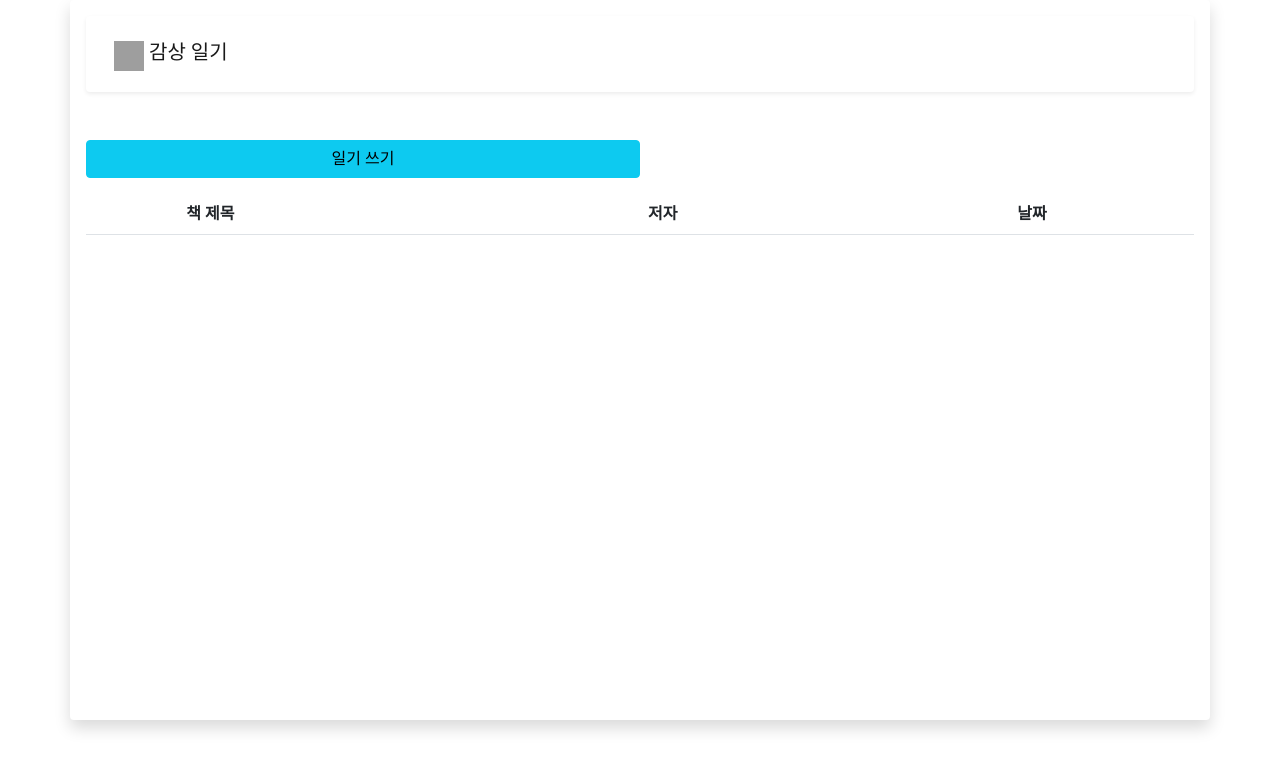
Repository: EunSung98/readMemo
Page: http://localhost/cultureMemoProject/memo/diary.jsp
These files come from the project's save history. The page is drawn as it stood at one moment and after the next save; the edit follows.
The browser window is 1280 px wide. The pictures show the whole page.
Pictures or frames that could not be fetched are drawn as grey boxes. Some web fonts or font styles are not loaded; a fallback is used. The page is served by Tomcat 9. Other server files are loaded and not shown. Queries for data that is not in the repository find no rows.

Above is the page before, as saved 2023-06-07 13:21:17.

### cultureMemoProject/src/main/webapp/memo/diary.jsp
<%@page import="books.bookDo"%>
<%@page import="java.util.ArrayList"%>
<%@ page language="java" contentType="text/html; charset=UTF-8"
    pageEncoding="UTF-8"%>
<!DOCTYPE html>
<html>
<head>
<meta charset="UTF-8">
<title>감상 일기</title>
</head>
<body>
<div class="container shadow p-3 mb-5 bg-body rounded vh-100">
	<jsp:include page="../header.jsp"/>
	<div class="d-grid mt-5 w-50">
	  <button class="btn btn-info pull-right" type="button" onclick="location.href='upload.jsp'">일기 쓰기</button>
	</div>

	<table class="table table-striped mt-3">
	  <thead>
	    <tr>
	      <th class="col-1" scope="col"></th>
	      <th class="col-5"  scope="col">책 제목</th>
	      <th class="col-4" scope="col">저자</th>
	      <th class="col-3"  scope="col">날짜</th>
	    </tr>
	  </thead>
	    <tbody>

	   <jsp:useBean id="bdao" class="books.bookDao" scope="application" />

	<%
		String id = (String) session.getAttribute("id");

		ArrayList<bookDo> b = bdao.getAll(id);

		for(int i=0; i<b.size(); i++){
			bookDo bdo = b.get(i);
	%>
		<tr style="cursor: pointer" onclick="location.href='page.jsp?book=<%= bdo.getBookName()%>'">
	      <th scope="row"><%= i+1 %></th>
	      <td><%= bdo.getBookName() %></td>
	      <td><%= bdo.getWriter() %></td>
	      <td><%= bdo.getDate() %></td>
	    </tr>
	<%
		}
	%>
	  </tbody>
	</table>
</div>
</body>
</html>

### cultureMemoProject/src/main/webapp/header.jsp
<%@ page language="java" contentType="text/html; charset=UTF-8"
    pageEncoding="UTF-8"%>
<!DOCTYPE html>
<html>
<head>
<meta charset="UTF-8">
<link href="https://cdn.jsdelivr.net/npm/bootstrap@5.1.3/dist/css/bootstrap.min.css" rel="stylesheet" integrity="sha384-1BmE4kWBq78iYhFldvKuhfTAU6auU8tT94WrHftjDbrCEXSU1oBoqyl2QvZ6jIW3" crossorigin="anonymous">
<script src="https://cdn.jsdelivr.net/npm/bootstrap@5.1.3/dist/js/bootstrap.bundle.min.js" integrity="sha384-ka7Sk0Gln4gmtz2MlQnikT1wXgYsOg+OMhuP+IlRH9sENBO0LRn5q+8nbTov4+1p" crossorigin="anonymous"></script>
<link rel="preconnect" href="https://fonts.googleapis.com">
<link rel="preconnect" href="https://fonts.gstatic.com" crossorigin>
<link href="https://fonts.googleapis.com/css2?family=Nanum+Myeongjo:wght@700&family=Poor+Story&family=Song+Myung&display=swap" rel="stylesheet"><style>
*{
	font-family: 'Nanum Myeongjo', serif;
	font-family: 'Poor Story', cursive;
	font-family: 'Song Myung', serif;
}
</style>
<title>감상 일기</title>
</head>
<body>
<nav class="bg-light navbar navbar-light shadow-sm p-3 mb-5 bg-body rounded w-100">
  <div class="container-fluid">
    <a class="navbar-brand align-middle" href="#">
      <img src="https://cdn-icons-png.flaticon.com/512/3238/3238016.png" alt="" width="30" height="30" class="d-inline-block align-text-top">
      감상 일기
    </a>
    <%
    	String userId =  (String) session.getAttribute("id");
    	if(userId != null){
    %>
    <form action="logout.jsp"  class="w-5 h5">
    	<%= userId %>님
    	<button class="btn btn-outline-secondary m-3" type="submit">로그아웃</button>
    </form>
    <%
    	}
    %>
  </div>
</nav>
</body>
</html>

### cultureMemoProject/src/main/java/books/bookDao.java
package books;

import java.sql.Connection;
import java.sql.Date;
import java.sql.DriverManager;
import java.sql.PreparedStatement;
import java.sql.ResultSet;
import java.sql.SQLException;
import java.time.LocalDate;
import java.util.ArrayList;

import javax.naming.Context;
import javax.naming.InitialContext;
import javax.sql.DataSource;

public class bookDao {
	// DB 연동에 필요한 JDBC 클래스 선언
	Connection conn = null;
	PreparedStatement pstmt = null;
	ResultSet rs = null;

	public void uploadBook(bookDo bdo,String userId) {
		System.out.println("uploadBook() 처리 시작");

		//DB 연결
		connect_cp();

		//SQL 처리 루틴
		String sql = "insert into books(bookName,writer,date,content,memberId)"
		+" values(?,?,?,?,?)";

		LocalDate nowTime = LocalDate.now();

		try {
			pstmt = conn.prepareStatement(sql);
			pstmt.setString(1,bdo.getBookName());
			pstmt.setString(2,bdo.getWriter());
			pstmt.setDate(3,Date.valueOf(nowTime));
			pstmt.setString(4,bdo.getContent());
			pstmt.setString(5,userId);

			//sql문 실행 : 테이블에 변화 있으면  update..
			pstmt.executeUpdate();

			System.out.println("uploadBook() 처리 완료");
		} catch (SQLException e) {
			e.printStackTrace();
		}

		//디비 연결 종료
		disConnect();
	}

	public bookDo goPage(String book,String userId) {
		System.out.println("goPage() 처리 시작");
		connect_cp();

		bookDo bdo = new bookDo();

		String sql = "select * from books where bookName=? and memberId=?";
		try {
			pstmt = conn.prepareStatement(sql);
			pstmt.setString(1, book);
			pstmt.setString(2, userId);
			rs = pstmt.executeQuery();
			while(rs.next()) {
				bdo.setBookName(rs.getString(1));
				bdo.setWriter(rs.getString(2));
				bdo.setDate(rs.getTimestamp(3));
				bdo.setContent(rs.getString(4));
				bdo.setMemberId(rs.getString(5));
				System.out.println("goPage() 처리 완료");
			}
		} catch (SQLException e) {
			// TODO Auto-generated catch block
			e.printStackTrace();
		}
		disConnect();

		return bdo;
	}

	public void modifyBook(bookDo bdo,String book,String userId) {
		System.out.println("modifyBook() 처리 시작");

		//DB 연결
		connect_cp();

		//SQL 처리 루틴
		String sql = "update books set bookName=?,writer=?,date=?,content=? "
				+ "where bookName=? and memberId=?";

		try {
			pstmt = conn.prepareStatement(sql);
			pstmt.setString(1,bdo.getBookName());
			pstmt.setString(2,bdo.getWriter());
			pstmt.setDate(3,Date.valueOf(java.time.LocalDate.now()));
			pstmt.setString(4,bdo.getContent());
			pstmt.setString(5, book);
			pstmt.setString(6, userId);

			pstmt.executeUpdate();

			System.out.println("modifyBook() 처리 완료");
		} catch (SQLException e) {
			e.printStackTrace();
		}

		disConnect();
	}

	public void deleteBook(String book,String userId) {
		System.out.println("deleteBook() 처리 시작");
		connect_cp();

		String sql = "delete from books where bookName=? and memberId=?";
		try {
			pstmt = conn.prepareStatement(sql);
			pstmt.setString(1,book);
			pstmt.setString(2, userId);
			pstmt.executeUpdate();
			System.out.println("deleteBook() 처리 완료");
		} catch (SQLException e) {
			e.printStackTrace();
		}

		disConnect();
	}

	public ArrayList<bookDo> getAll(String userId) {
		System.out.println(" getAll() 처리 시작");

		//DB 연결
		connect_cp();
		ArrayList<bookDo> bList = new ArrayList<bookDo>();

		//SQL 처리 루틴
		String sql = "select * from books where memberId=?";

		try {
			pstmt = conn.prepareStatement(sql);
			pstmt.setString(1, userId);
			rs = pstmt.executeQuery();

			while(rs.next()) {
				bookDo bdo = new bookDo();
				bdo.setBookName(rs.getString(1));
				bdo.setWriter(rs.getString(2));
				bdo.setDate(rs.getTimestamp(3));
				bdo.setContent(rs.getString(4));
				bdo.setMemberId(rs.getString(5));

				bList.add(bdo);
			}
			System.out.println("getAll() 처리 완료");
		} catch (SQLException e) {
			e.printStackTrace();
		}
		disConnect();

		return bList;
	}

	public void connect_cp() {
		try {
			//context 객체 생성
			Context initctx = new InitialContext();
			//context.xml 접근
			Context envctx = (Context) initctx.lookup("java:/comp/env");

			//'jdbc/pool' 이름의 커넥션 풀에 접근
			DataSource ds = (DataSource) envctx.lookup("jdbc/pool");
			//collection pool로부터 collection 하나 빌려오기
			conn = ds.getConnection();

			System.out.println("collection pool로부터 디비 연결 성공");
		} catch (Exception e) {
			// TODO Auto-generated catch block
			e.printStackTrace();
		}

	}

	public void disConnect() {
		if(conn != null) {
			try {
				conn.close();
			}catch(SQLException e) {
				e.printStackTrace();
			}
		}
		if(pstmt != null) {
			try {
				pstmt.close();
			}catch(SQLException e) {
				e.printStackTrace();
			}
		}
		if(rs != null) {
			try {
				rs.close();
			} catch (SQLException e) {
				e.printStackTrace();
			}
		}
	}
}

After the next save:
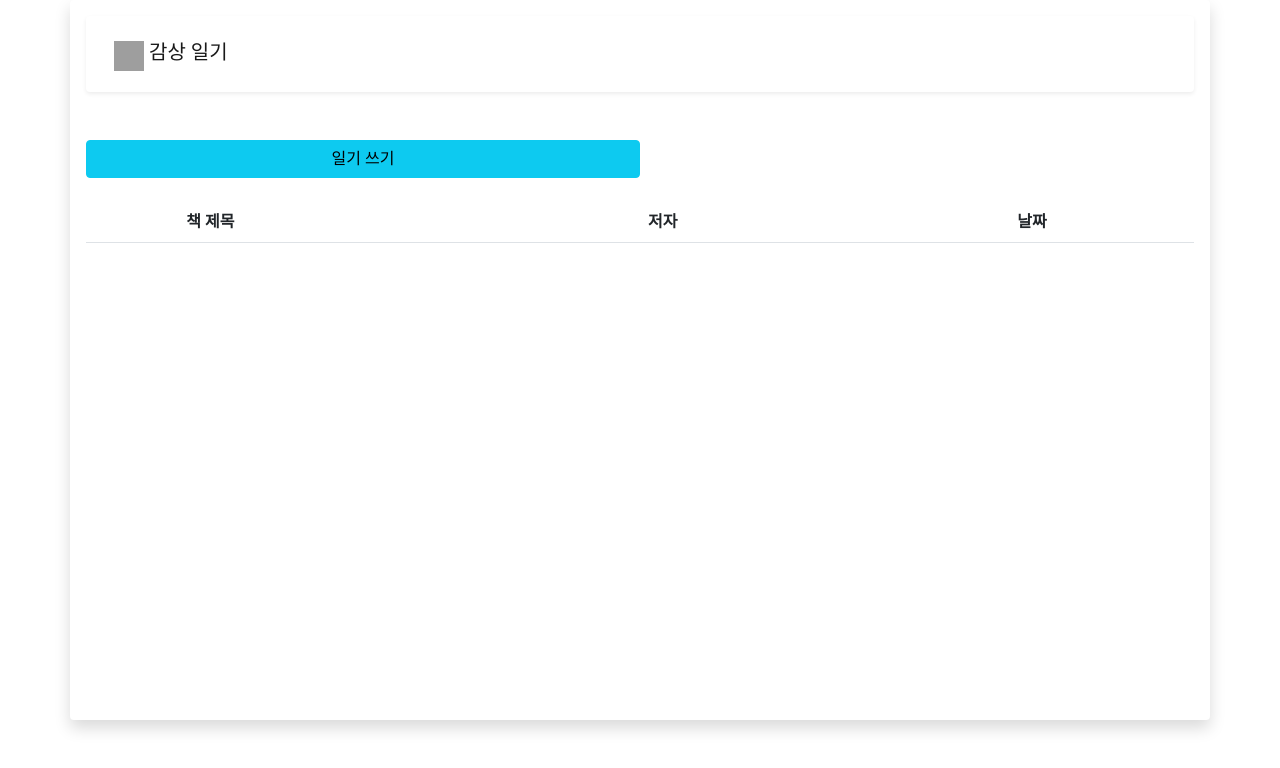
Saved 34 s later.
--- a/cultureMemoProject/src/main/webapp/memo/diary.jsp
+++ b/cultureMemoProject/src/main/webapp/memo/diary.jsp
@@ -12,7 +12,7 @@
 <div class="container shadow p-3 mb-5 bg-body rounded vh-100">
 	<jsp:include page="../header.jsp"/>
 	<div class="d-grid mt-5 w-50">
-	  <button class="btn btn-info pull-right" type="button" onclick="location.href='upload.jsp'">일기 쓰기</button>
+	  <button class="btn btn-info pull-right h4" type="button" onclick="location.href='upload.jsp'">일기 쓰기</button>
 	</div>
 
 	<table class="table table-striped mt-3">
